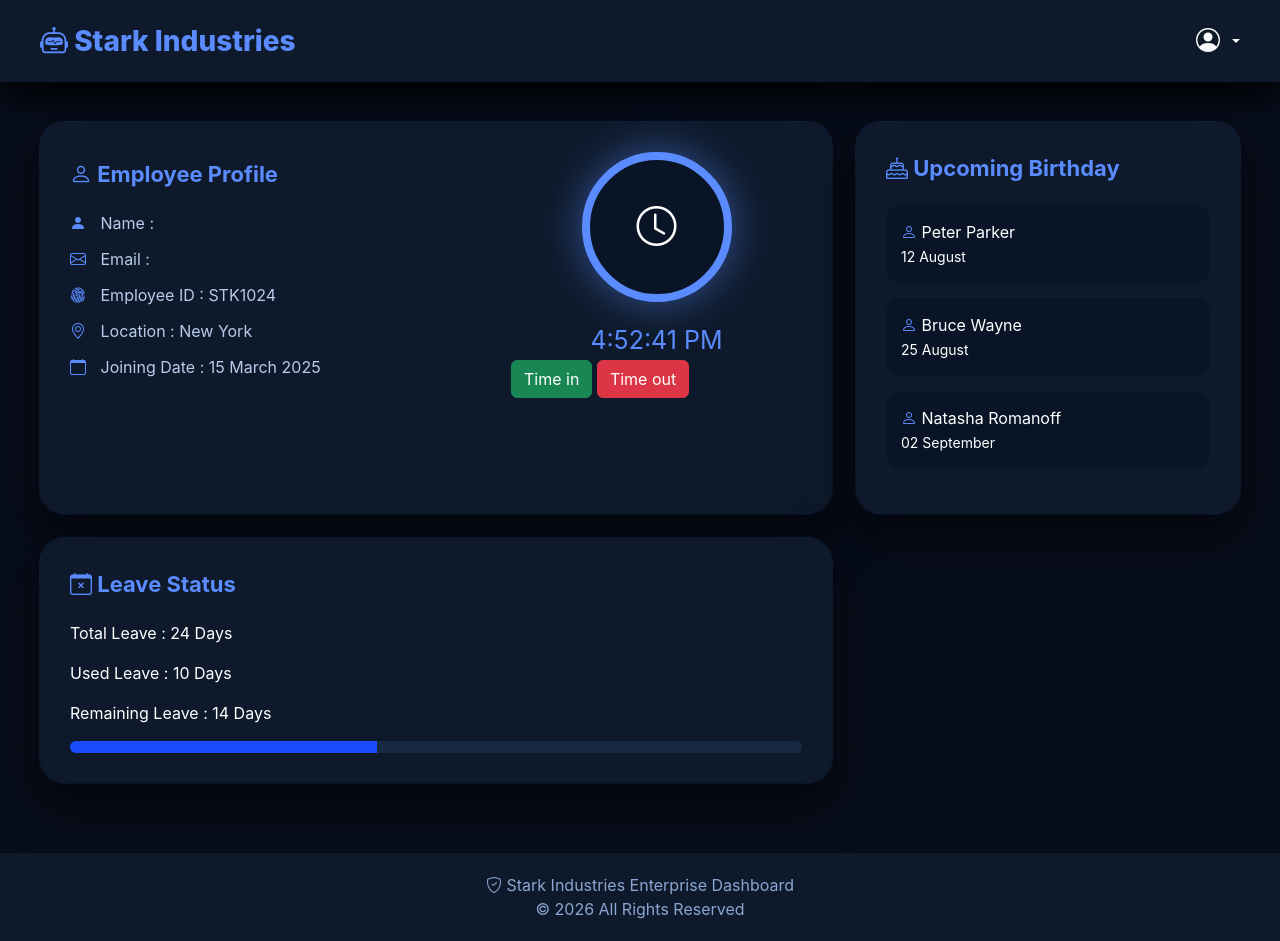
Repository: abhinav050799/office-management-
Page: resources/views/dashboard.blade.php
The author's editor kept a copy of each file at every save. The page is drawn from the files as they stood at one save, then again after a run of saves.
The browser window is 1280 px wide. The pictures show the whole page.
The page is served by the project's Laravel application, run on PHP 8.4 with Laravel 12. The template is opened directly, without the code that normally fills it, so the values that code supplies are empty.

Above is the page before, as saved 2026-07-27 16:52:36.

After the next 2 saves:
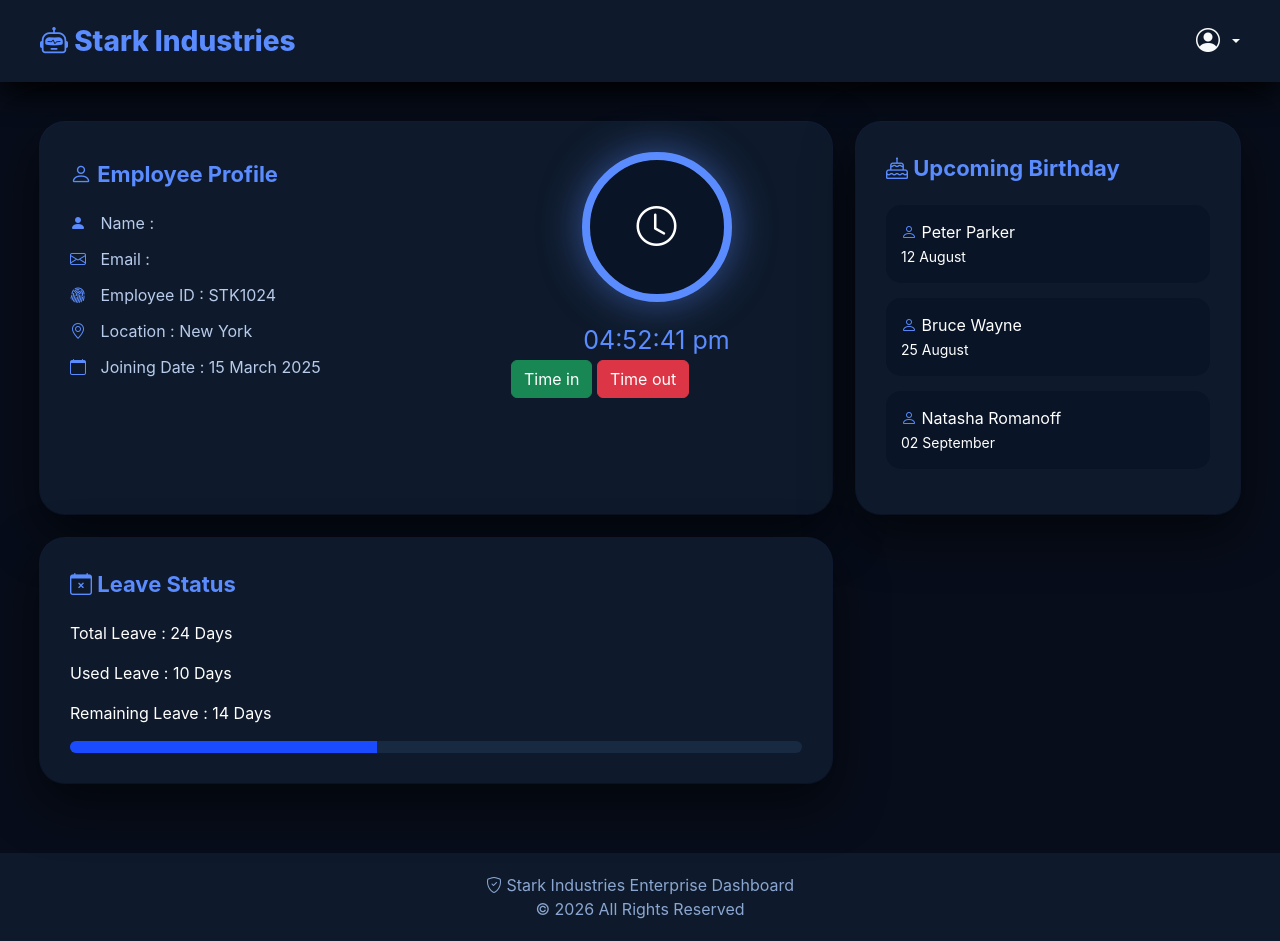
The 2 saves are shown as one change because they came seconds apart.
The last was saved 2 min 52 s later.
--- a/resources/views/dashboard.blade.php
+++ b/resources/views/dashboard.blade.php
@@ -270,8 +270,13 @@
 
             let date = new Date();
 
-            let time = date.toLocaleTimeString();
-
+            // let time = date.toLocaleTimeString();
+  let time = date.toLocaleTimeString('en-IN', {
+        hour: '2-digit',
+        minute: '2-digit',
+        second: '2-digit',
+        hour12: true
+    });
 
             document.getElementById("clock").innerHTML = time;
 
